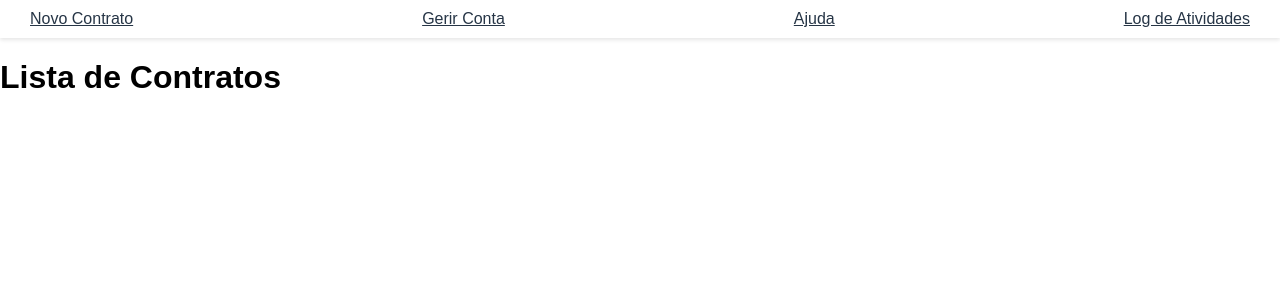
Repository: YuaneCastro/Sistema-de-Gest-o-de-Usu-rios-e-Contratos
Page: tela-principal/tela-principal.html
These files come from the project's save history. The page is drawn as it stood at one moment and after the next save; the edit follows.
The browser window is 1280 px wide. The pictures show the whole page.
The page's requests for data from a server got no answer.

Above is the page before, as saved 2024-06-23 10:52:04.
Console error: TypeError: Cannot read properties of null (reading 'addEventListener')

### tela-principal/tela-principal.html
<!DOCTYPE html>
<html lang="en">
<head>
    <meta charset="UTF-8">
    <meta name="viewport" content="width=device-width, initial-scale=1.0">
    <title>Tela Principal</title>
    <link rel="stylesheet" href="/tela-principal/styles-principal.css">
</head>
<body>
    <div class="top-bar">
        <p id="criar-contrato-link" class="clickable">Novo Contrato</p>
        <p id="manage-account-link" class="clickable">Gerir Conta</p>
        <p id="configuracoes-link" class="clickable">Ajuda</p>
        <p id="log-atividades-link" class="clickable">Log de Atividades</p>
    </div>

    <div id="contrato-screen" class="screen">
        <button id="contrato-back-button" class="round-button">Voltar</button>
        <h2>Informações do Contrato</h2>
        <div class="input-group">
            <input type="text" id="titulo" placeholder="Título">
            <input type="date" id="data-termino" placeholder="Data de Término">
        </div>
        <h2>Informações das Partes Envolvidas</h2>
        <div class="input-group">
            <div class="column">
                <label>Parte Contratante</label>
                <input type="text" id="nome-contratante" placeholder="Nome/Firma">
                <input type="text" id="nif-contratante" placeholder="NIF/N.BI">
                <input type="text" id="endereco-contratante" placeholder="Endereço">
            </div>
            <div class="column">
                <label>Parte Contratada</label>
                <input type="text" id="nome-contratada" placeholder="Nome/Firma">
                <input type="text" id="nif-contratada" placeholder="NIF/N.BI">
                <input type="text" id="endereco-contratada" placeholder="Endereço">
            </div>
        </div>
        <button id="next-button">Próximo</button>
    </div>

    <div id="help-screen" class="screen">
        <button id="back-button" class="round-button">Voltar</button>
        <h1>Definições de Conta</h1>
        <p id="update-info-link" class="clickable">Atualizar Informações</p>
        <p>Subscrição</p>
        <p>Preferências</p>
        <p>Segurança</p>
        <p>Outras Opções</p>
        <button id="logout-button">Terminar Sessão</button>
    </div>
    <div id="update-screen" class="screen">
        <button id="update-back-button" class="round-button">Voltar</button>
        <form action="/configuracoes" method="POST" id="update-form">
            <label for="username">Username:</label><br>
            <input type="text" id="username" name="username" required><br><br>
            <label for="email">Email:</label><br>
            <input type="email" id="email" name="email" required><br><br>
            <button type="submit">Atualizar</button>
        </form>
    </div>

    <div id="logs-screen" class="screen">
        <button id="logs-back-button" class="round-button">Voltar</button>
        <h2>Logs de Atividades</h2>
        <table id="logTable">
            <thead>
                <tr>
                    <th>Atividade</th>
                    <th>Data</th>
                </tr>
            </thead>
            <tbody id="logTableBody">
                <!-- Logs serão inseridos aqui -->
            </tbody>
        </table>
    </div>

    <h1>Lista de Contratos</h1>
    <ul class="contratos-list" id="contratos-list">
        <!-- Aqui serão inseridos os contratos dinamicamente -->
    </ul>
    <script src="script-principal.js"></script>
</body>
</html>

### tela-principal/styles-principal.css
body {
    font-family: Arial, sans-serif;
    padding: 0;
    margin: 0;
}

.top-bar {
    background-color: white;
    color: #263546;
    padding: 10px 20px;
    display: flex;
    justify-content: space-between;
    align-items: center;
    box-shadow: 0 2px 4px rgba(0, 0, 0, 0.1);
}

.top-bar p {
    margin: 0 10px;
    cursor: pointer;
    transition: opacity 0.3s ease;
    color: #263546;
}

.top-bar p:hover {
    opacity: 0.8;
}

.flex-container {
    display: flex;
    justify-content: space-between;
}

.flex-item {
    flex: 1;
    padding: 10px;
}

.round-button {
    margin-bottom: 10px;
    padding: 8px 16px;
    background-color: #263546;
    color: white;
    border: none;
    border-radius: 5px;
    cursor: pointer;
}
.contratos-list {
    list-style-type: none;
    padding: 0;
    width: 80%;
}

.contrato-item {
    margin-bottom: 10px;
    padding: 10px;
    border: 1px solid #ccc;
    border-radius: 5px;
    background-color: white;
}
.screen {
    display: none;
    position: absolute;
    background-color: #fff;
    padding: 20px;
    border: 1px solid #ccc;
    box-shadow: 0 0 10px rgba(0,0,0,0.1);
    border-radius: 10px;
}

.screen.active {
    display: block;
}

.clickable {
    cursor: pointer;
    color: #007bff;
    text-decoration: underline;
}

.screen {
    display: none;
    position: absolute;
    background-color: rgb(41, 25, 91);
    padding: 20px;
    border: 1px solid #ccc;
    box-shadow: 0 0 10px rgba(0,0,0,0.1);
    border-radius: 10px;
}

.screen.active {
    display: block;
}

button {
    margin-top: 20px;
    padding: 10px 20px;
    font-size: 16px;
    cursor: pointer;
}

#update-screen input {
    margin-bottom: 10px;
    padding: 5px;
    font-size: 16px;
    width: 100%;
    box-sizing: border-box;
}

.round-button {
    border-radius: 50%;
    padding: 10px;
    width: 50px;
    height: 50px;
    display: flex;
    justify-content: center;
    align-items: center;
}
.input-group {
    display: flex;
    justify-content: space-between;
}

.input-group .column {
    display: flex;
    flex-direction: column;
    margin-right: 20px;
}

body.show-help-screen #help-screen,
body.show-update-screen #update-screen {
    display: block;
}

body.show-help-screen #help-screen {
    z-index: 10;
}

body.show-update-screen #update-screen {
    z-index: 20;
}

### tela-principal/script-principal.js
document.addEventListener('DOMContentLoaded', () => {
    loadContratos();

    // Link de Novo Contrato
    document.getElementById('criar-contrato-link').addEventListener('click', function() {
        document.getElementById('contrato-screen').classList.add('active');
    });

    // Link de Gerir Conta
    document.getElementById('manage-account-link').addEventListener('click', function() {
        document.getElementById('help-screen').classList.add('active');
    });

    // Voltar da tela de Definições de Conta
    document.getElementById('back-button').addEventListener('click', function() {
        document.getElementById('help-screen').classList.remove('active');
    });

    // Link de Atualizar Informações
    document.getElementById('update-info-link').addEventListener('click', function() {
        document.getElementById('update-screen').classList.add('active');
    });

    // Voltar da tela de Atualizar Informações
    document.getElementById('update-back-button').addEventListener('click', function() {
        document.getElementById('update-screen').classList.remove('active');
    });

    // Voltar da tela de Criação de Contratos
    document.getElementById('contrato-back-button').addEventListener('click', function() {
        document.getElementById('contrato-screen').classList.remove('active');
    });

    // Voltar para a tela inicial da tela de Criação de Contratos
    document.getElementById('contrato-back-to-main-button').addEventListener('click', function() {
        document.getElementById('contrato-screen').classList.remove('active');
    });

    // Link de Log de Atividades
    document.getElementById('log-atividades-link').addEventListener('click', async function() {
        document.getElementById('logs-screen').classList.add('active');
        await carregarLogsAtividades();
    });

    // Voltar da tela de Log de Atividades
    document.getElementById('logs-back-button').addEventListener('click', function() {
        document.getElementById('logs-screen').classList.remove('active');
    });

    // Submissão do formulário de atualização de informações
    document.querySelector('form[action="/configuracoes"]').addEventListener('submit', async function(event) {
        event.preventDefault();

        try {
            const formData = new FormData(this);
            const response = await fetch('/configuracoes', {
                method: 'POST',
                body: formData
            });

            if (!response.ok) {
                throw new Error('Erro ao atualizar informações');
            }

            alert('Informações atualizadas com sucesso!');
            // document.getElementById('update-screen').classList.remove('active'); // Não remover a tela de atualização
            // Adicionar lógica adicional após a atualização, se necessário

        } catch (error) {
            console.error('Erro ao atualizar informações:', error.message);
        }
    });

    async function loadContratos() {
        try {
            const response = await fetch('/contratos', {
                method: 'GET',
                headers: {
                    'Content-Type': 'application/json'
                },
                credentials: 'same-origin'
            });

            if (!response.ok) {
                throw new Error('Erro ao carregar contratos');
            }

            const contratos = await response.json();
            const contratosList = document.getElementById('contratos-list');

            // Limpa a lista atual
            contratosList.innerHTML = '';

            // Adiciona cada contrato como um item de lista
            contratos.forEach((contrato) => {
                const contratoItem = document.createElement('li');
                contratoItem.classList.add('contrato-item');
                contratoItem.innerHTML = `<strong>${contrato.titulo}</strong> - Criado em ${new Date(contrato.data_criacao).toLocaleDateString()}`;
                contratoItem.addEventListener('click', () => {
                    alert(`Contrato: ${contrato.titulo}`);
                });
                contratosList.appendChild(contratoItem);
            });
        } catch (error) {
            console.error('Erro ao carregar contratos:', error.message);
        }
    }

    async function carregarLogsAtividades() {
        try {
            const response = await fetch('/log-atividades');
            if (!response.ok) {
                throw new Error('Erro ao carregar logs de atividades');
            }
            const logs = await response.json();
            const logTableBody = document.querySelector('#logTableBody');
            logTableBody.innerHTML = ''; // Limpa a tabela antes de adicionar novos registros
            logs.forEach(log => {
                const row = document.createElement('tr');
                row.innerHTML = `
                    <td>${log.tipo_atividade}</td>
                    <td>${new Date(log.data_atividade).toLocaleString()}</td>
                `;
                logTableBody.appendChild(row);
            });
        } catch (error) {
            console.error('Erro ao carregar logs de atividades:', error);
        }
    }

    // Botão de Próximo na tela de Criação de Contratos
    document.getElementById('next-button').addEventListener('click', function() {
        alert('Próxima etapa do contrato');
    });
  });

After the next save:
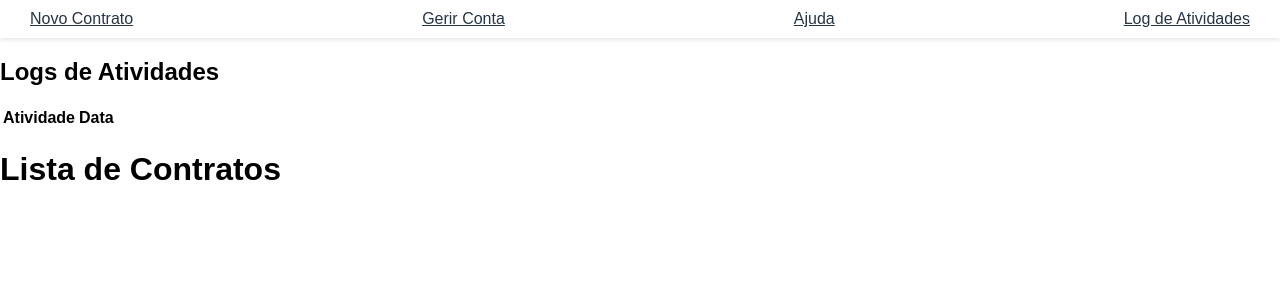
Saved 3 min 2 s later.
--- a/tela-principal/tela-principal.html
+++ b/tela-principal/tela-principal.html
@@ -60,21 +60,19 @@
         </form>
     </div>
 
-    <div id="logs-screen" class="screen">
-        <button id="logs-back-button" class="round-button">Voltar</button>
-        <h2>Logs de Atividades</h2>
-        <table id="logTable">
-            <thead>
-                <tr>
-                    <th>Atividade</th>
-                    <th>Data</th>
-                </tr>
-            </thead>
-            <tbody id="logTableBody">
-                <!-- Logs serão inseridos aqui -->
-            </tbody>
-        </table>
-    </div>
+    <h2>Logs de Atividades</h2>
+<table id="logTable">
+    <thead>
+        <tr>
+            <th>Atividade</th>
+            <th>Data</th>
+        </tr>
+    </thead>
+    <tbody id="logTableBody">
+        <!-- Logs serão inseridos aqui -->
+    </tbody>
+</table>
+
 
     <h1>Lista de Contratos</h1>
     <ul class="contratos-list" id="contratos-list">
